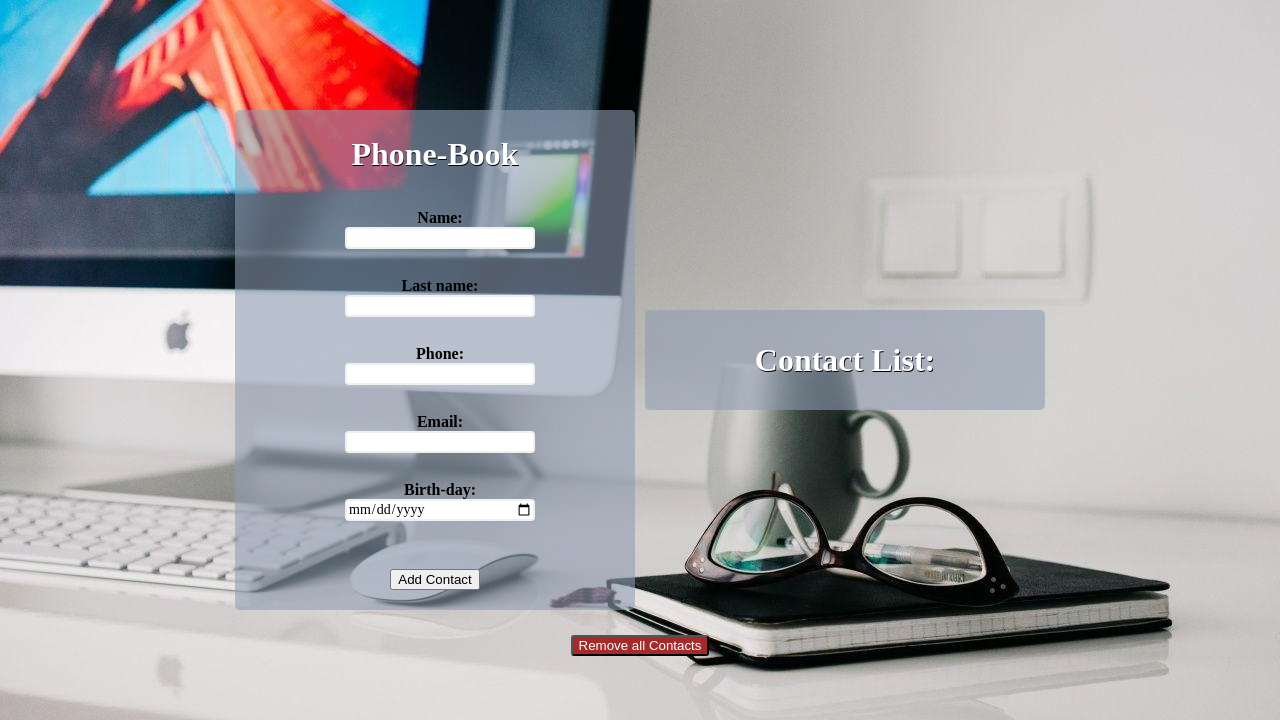
Repository: STA1357/Phone-book
Page: Inner.html
These files come from the project's save history. The page is drawn as it stood at one moment and after the next save; the edit follows.
The browser window is 1280 px wide. The pictures show the whole page.

Above is the page before, as saved 2020-12-12 11:35:43.

After the next save:
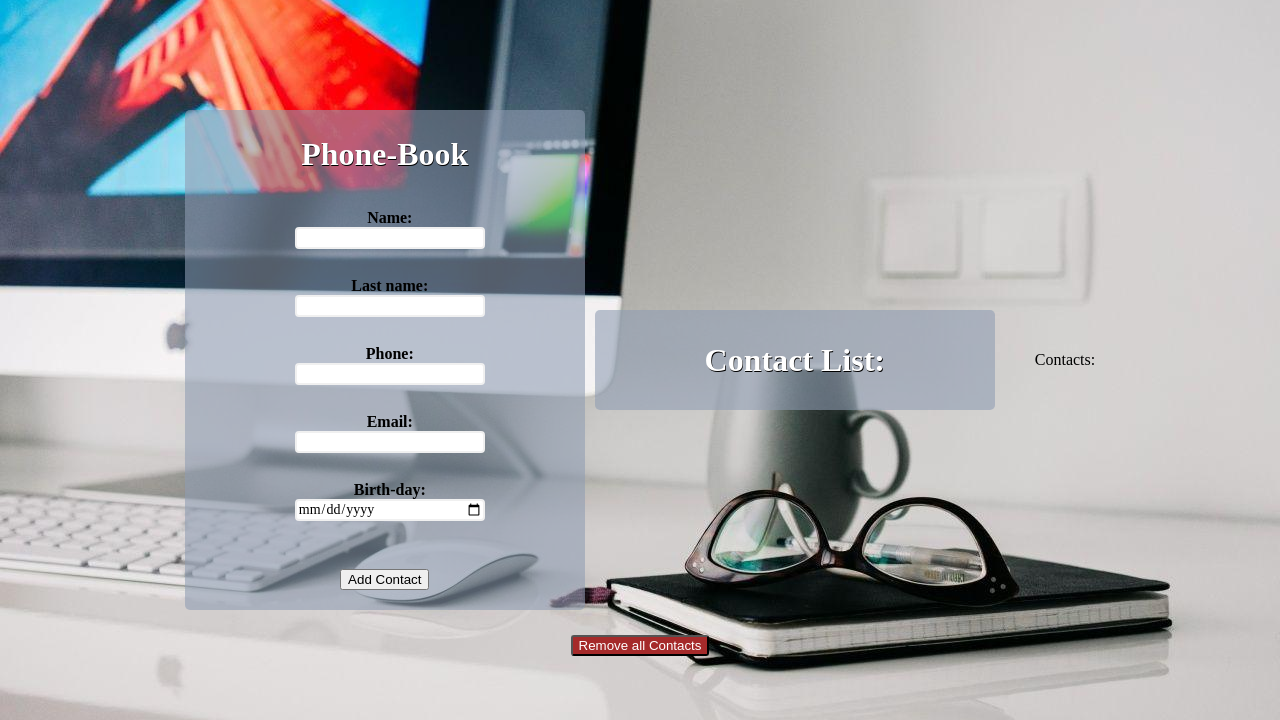
Saved 55 s later.
--- a/Inner.html
+++ b/Inner.html
@@ -61,10 +61,10 @@
     </form>
 <div class="list-container">
     <h2 class="listTitle">Contact List:</h2>
-    <ul id="contactsCount"></ul>
     <ul id="users"></ul>
 </div>
 
+<ul id="contactsCount">Contacts:</ul>
 <div class="clearBook">
     <button id="clearBookBtn" class="clearBookBtn" onclick="removeAll()">Remove all Contacts</button>
 </div>

After the save that followed:
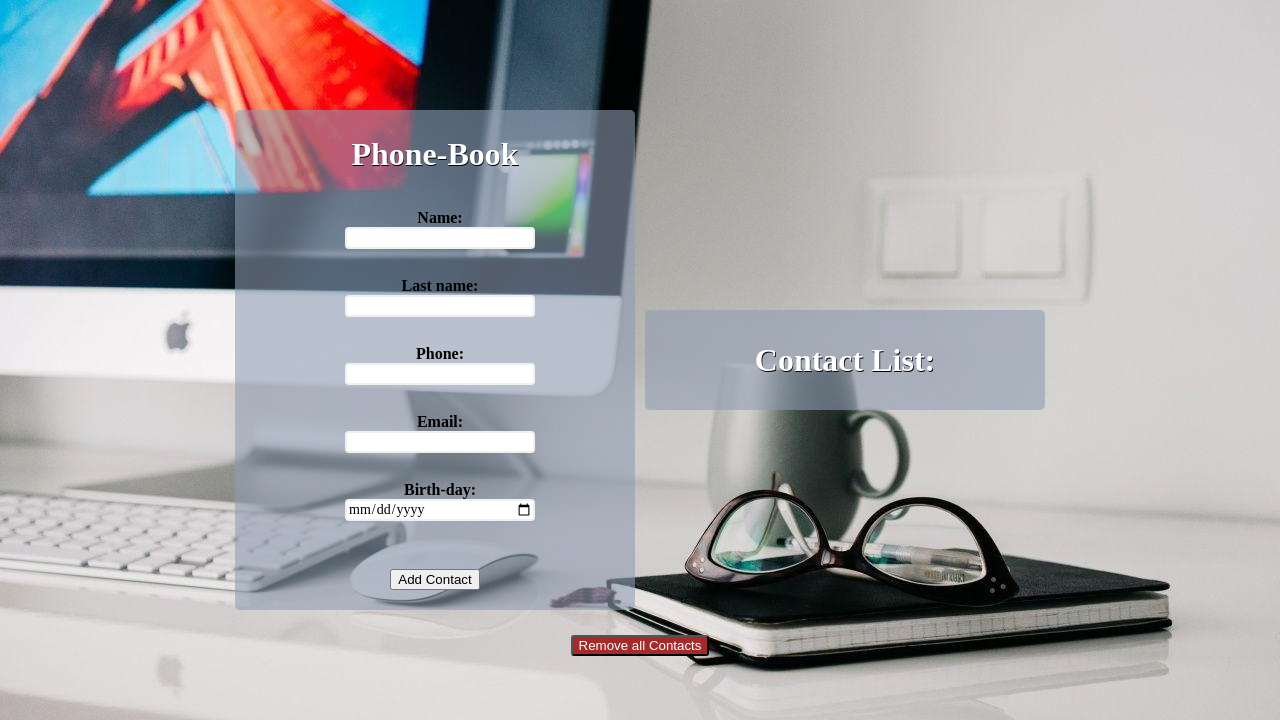
Saved 13 s later.
--- a/Inner.html
+++ b/Inner.html
@@ -64,7 +64,6 @@
     <ul id="users"></ul>
 </div>
 
-<ul id="contactsCount">Contacts:</ul>
 <div class="clearBook">
     <button id="clearBookBtn" class="clearBookBtn" onclick="removeAll()">Remove all Contacts</button>
 </div>
